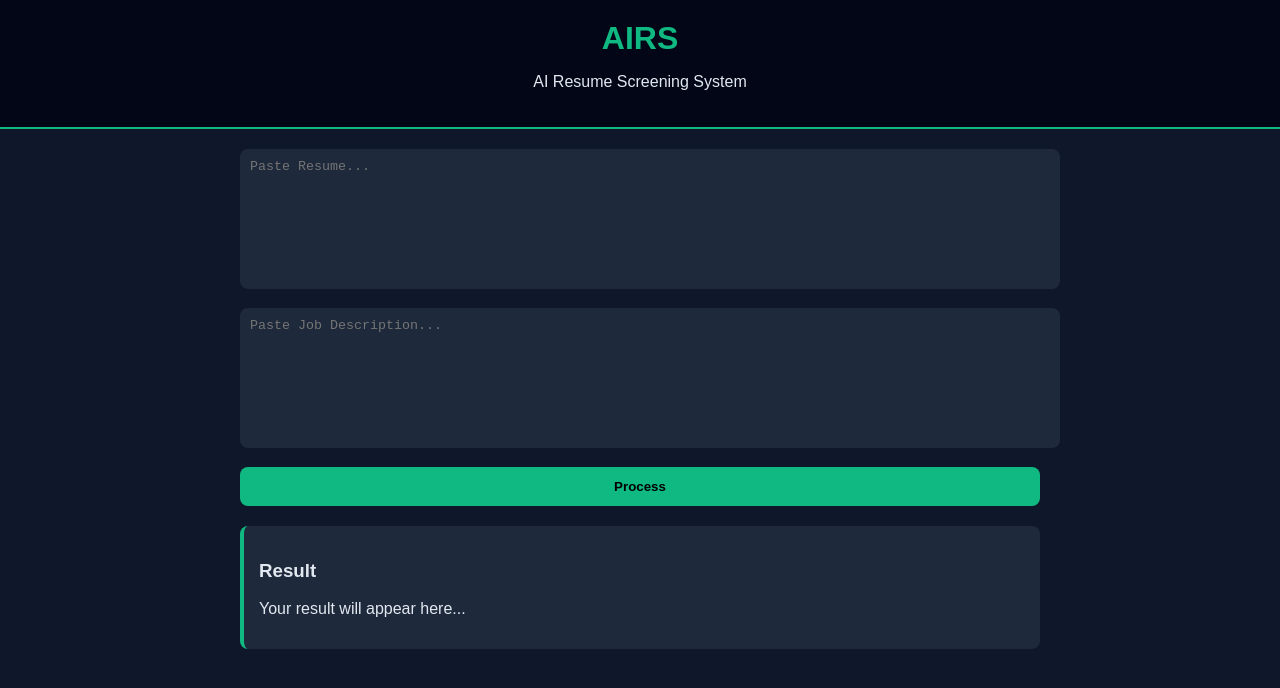
Repository: Sneha-kumari04/AIRS
Page: http://localhost/
These files come from the project's save history. The page is drawn as it stood at one moment and after a run of saves; the edit follows.
The browser window is 1280 px wide. The pictures show the whole page.
The page is served by the project's application, run on Flask 3 (app.py).

Above is the page before, as saved 2026-04-25 19:28:51.

After the next 2 saves:
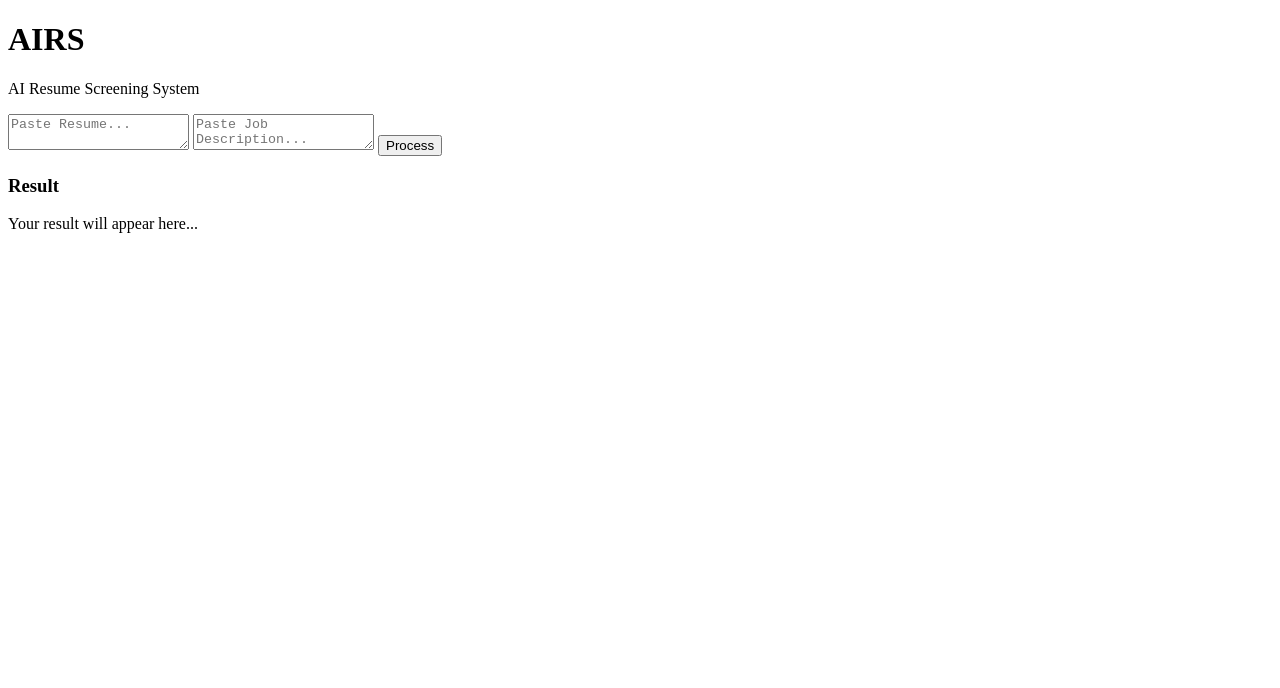
The 2 saves are shown as one change because they came seconds apart.
The last was saved 79 s later.
--- a/templates/index.html
+++ b/templates/index.html
@@ -3,7 +3,8 @@
 <head>
     <meta charset="UTF-8">
     <title>AIRS - AI Resume Screener</title>
-    <link rel="stylesheet" href="{{ url_for('static', filename='style.css') }}">
+
+
 </head>
 <body>
 

After the save that followed:
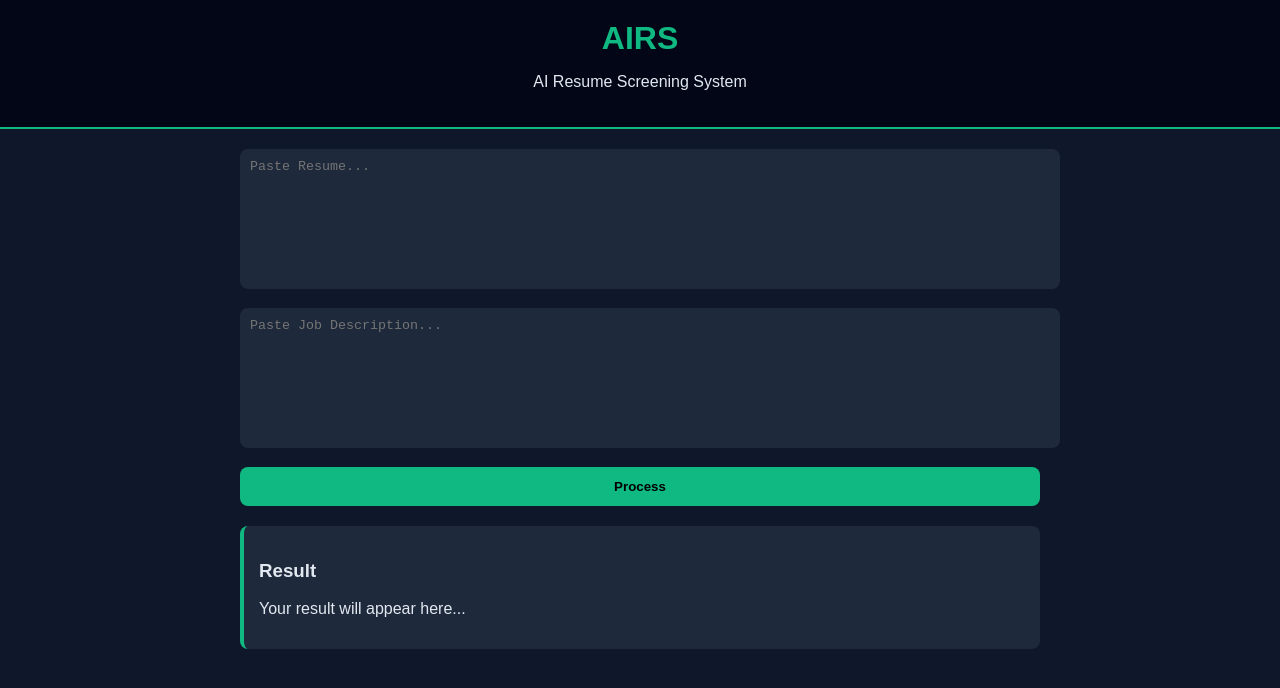
Saved 18 s later.
--- a/templates/index.html
+++ b/templates/index.html
@@ -3,7 +3,7 @@
 <head>
     <meta charset="UTF-8">
     <title>AIRS - AI Resume Screener</title>
-
+    <link rel="stylesheet" href="{{ url_for('static', filename='style.css') }}">
 
 </head>
 <body>
